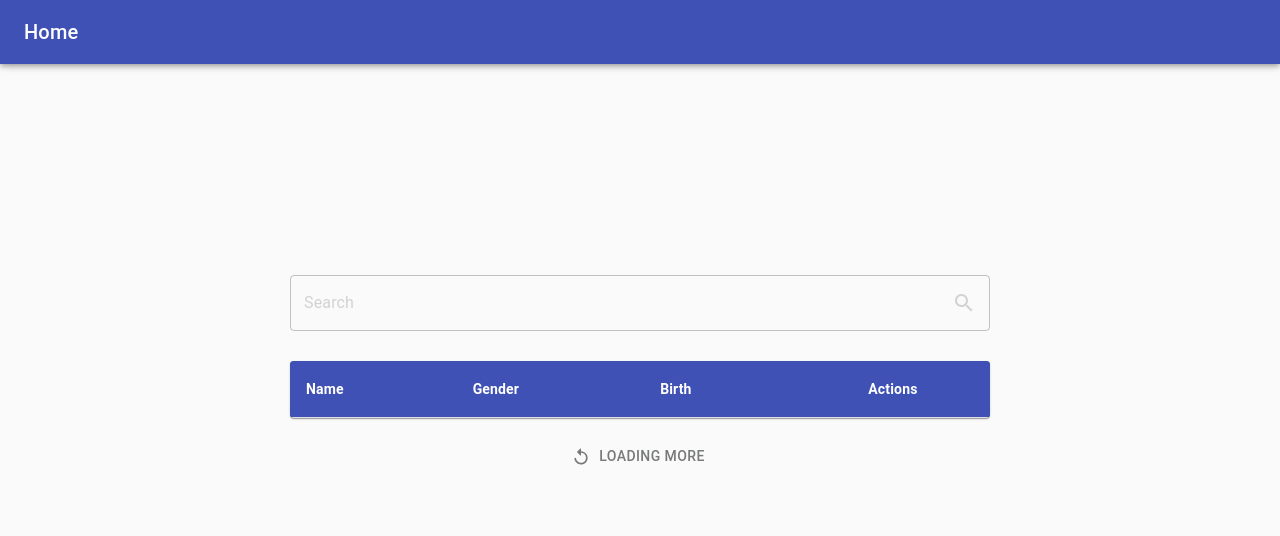
Repository: GabrielBrandaoProjetos/patient-manager
Page: /
These files come from the project's save history. The page is drawn as it stood at one moment and after the next save; the edit follows.
The browser window is 1280 px wide. The pictures show the whole page.
The page's requests for data from a server got no answer. The project was rebuilt for these pictures with package versions that can differ from the ones it lists, and the page was loaded fresh each time. No one was signed in, and anything a server would have sent is missing.

Above is the page before, as saved 2021-09-14 22:00:55.

After the next save:
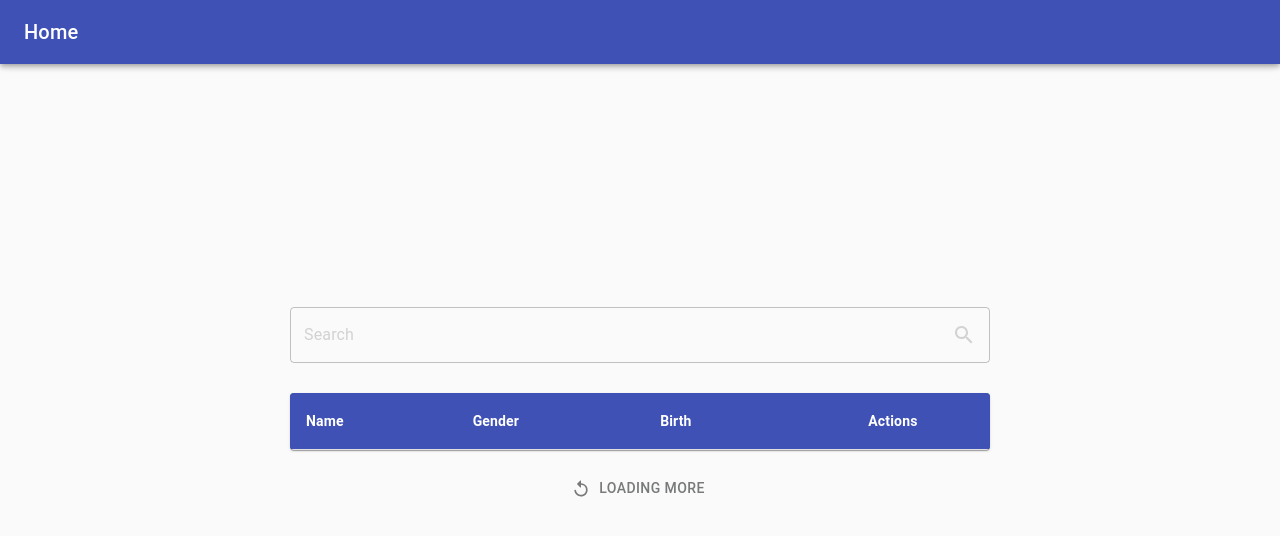
Saved 5 min 13 s later.
--- a/src/pages/Home/Home.tsx
+++ b/src/pages/Home/Home.tsx
@@ -20,7 +20,7 @@ const useStyles = makeStyles((theme: Theme) =>
     form: {
       maxWidth: 700,
       width: "100%",
-      marginTop: 30
+      marginTop: 94
     },
     inputLabel: {
       color: "#d2d2d2"
